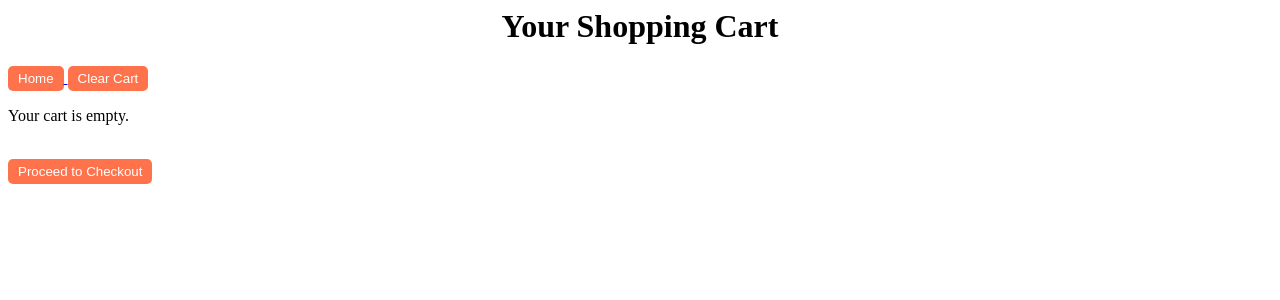
Repository: Sujith-B-S/Food-Application
Page: http://localhost/FoodApplication/cart.jsp
These files come from the project's save history. The page is drawn as it stood at one moment and after the next save; the edit follows.
The browser window is 1280 px wide. The pictures show the whole page.
The page is served by Tomcat 9.

Above is the page before, as saved 2024-11-20 06:00:43.

After the next save:
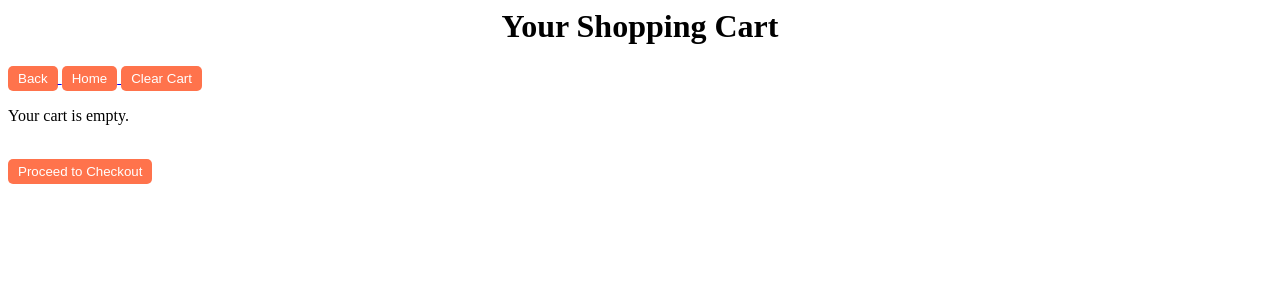
Saved 30 h 14 min later.
--- a/FoodApplication/src/main/webapp/cart.jsp
+++ b/FoodApplication/src/main/webapp/cart.jsp
@@ -56,6 +56,7 @@
 </head>
 <body>
     <h1>Your Shopping Cart</h1>
+    <a href = "menu.jsp"> <button>Back</button> </a>
     <a href = "GetRestaurant"> <button>Home</button> </a>
     <a href = "ClearCartItem"> <button>Clear Cart</button> </a>
 
